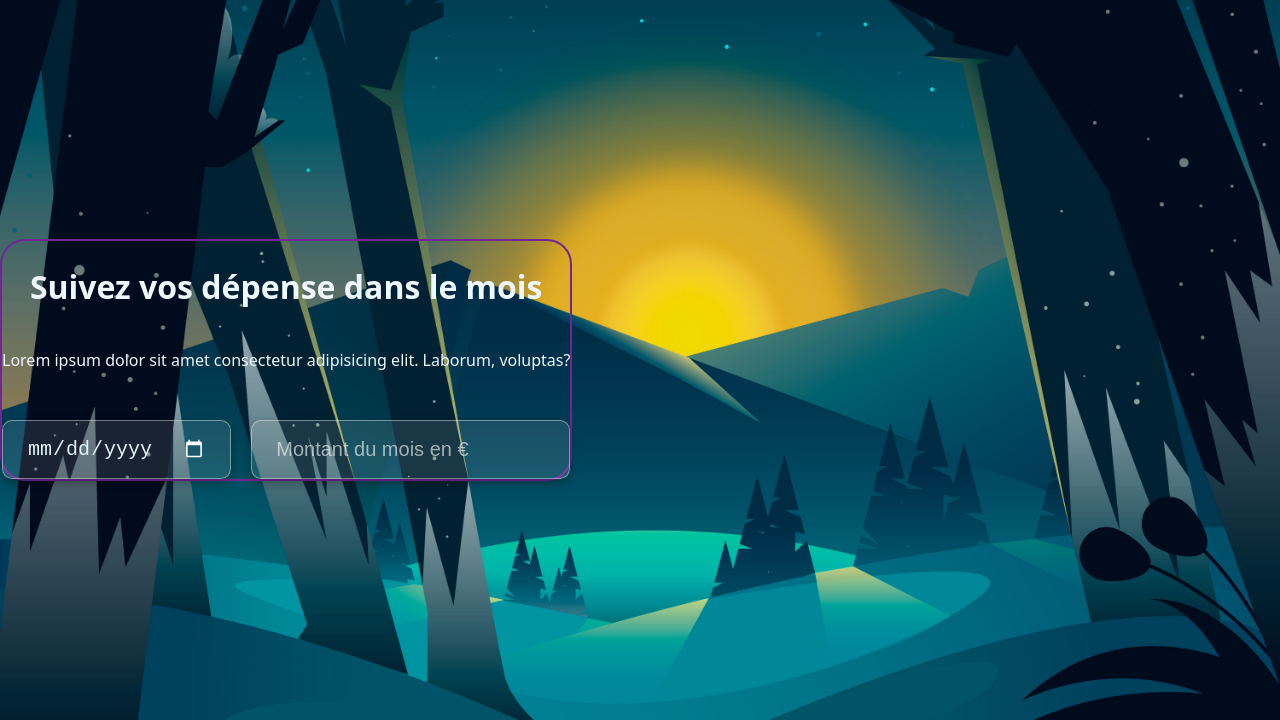
Repository: Alexandre74739/depense-react
Page: /
These files come from the project's save history. The page is drawn as it stood at one moment and after the next save; the edit follows.
The browser window is 1280 px wide. The pictures show the whole page.
The project was rebuilt for these pictures with package versions that can differ from the ones it lists, and the page was loaded fresh each time. Also part of the build but not shown: vite.config.js.

Above is the page before, as saved 2025-11-21 19:30:09.

After the next save:
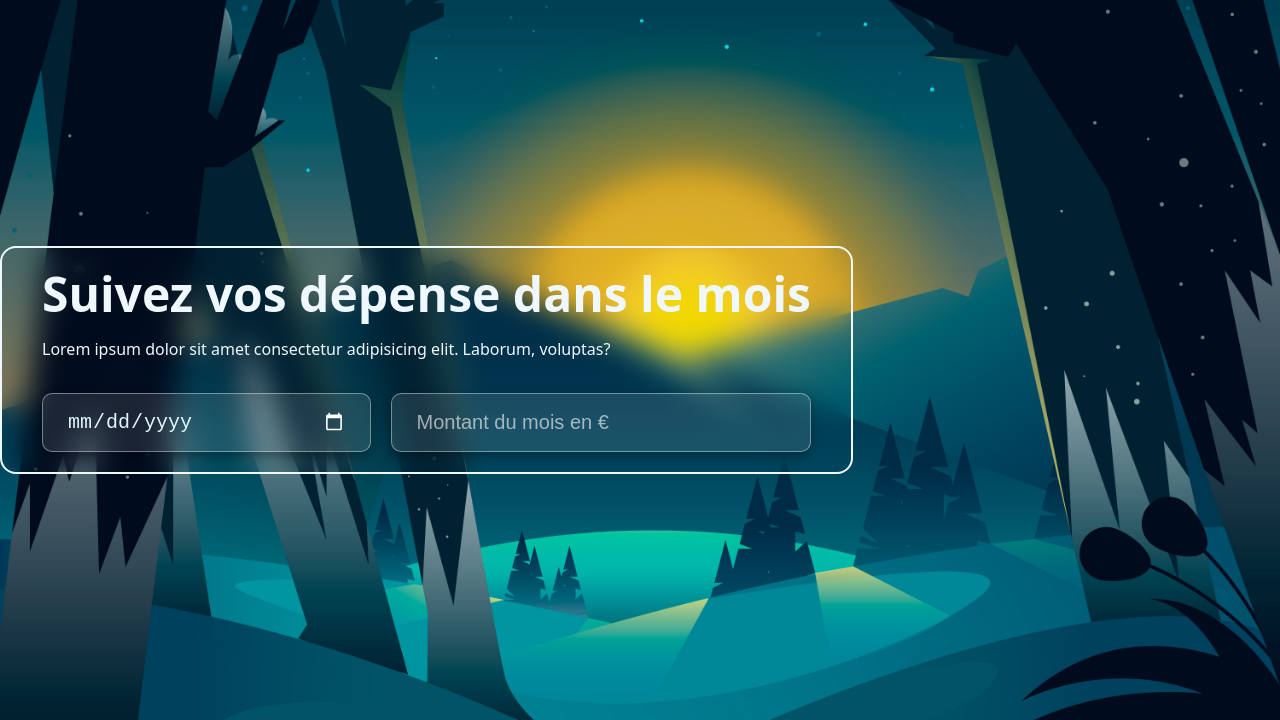
Saved 44 s later.
--- a/src/App.css
+++ b/src/App.css
@@ -12,9 +12,16 @@ body {
 }
 
 .container {
-  display: flex;
-  flex-direction: column;
-  align-items: center;
-  border: 2px solid rgb(114, 38, 150);
-  border-radius: 25px;
+  background-color: transparent;
+  border: 2px solid aliceblue;
+  border-radius: 16px;
+  backdrop-filter: blur(15px);
+  padding: 20px 40px;
+  transition: all 0.3s ease-in;
+
+  h1 {
+    font-size: 3rem;
+    line-height: 1.1;
+    margin: 0;
+  }
 }
